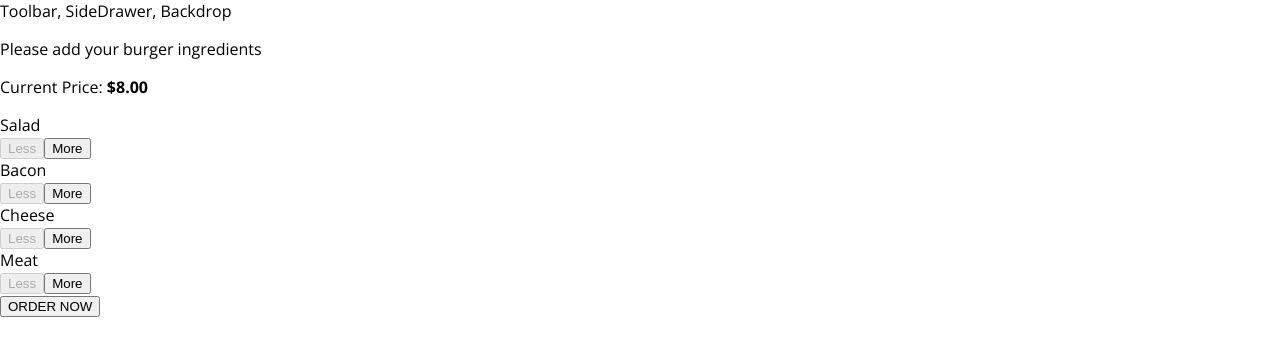
Repository: legil/burger-app
Page: /
An editor plug-in stored every save of this project. The page is shown before and after the next save, followed by the edit.
The browser window is 1280 px wide. The pictures show the whole page.
The project was rebuilt for these pictures with package versions that can differ from the ones it lists, and the page was loaded fresh each time. Also part of the build but not shown: src/components/Layout/Layout.css, src/components/Burger/Burger.css, src/components/Burger/BurgerIngredient/BurgerIngredient.css, src/components/Burger/BuildControls/BuildControls.css, src/components/Burger/BuildControl/BuildControl.css.

Above is the page before, as saved 2019-04-19 15:35:01.

After the next save:
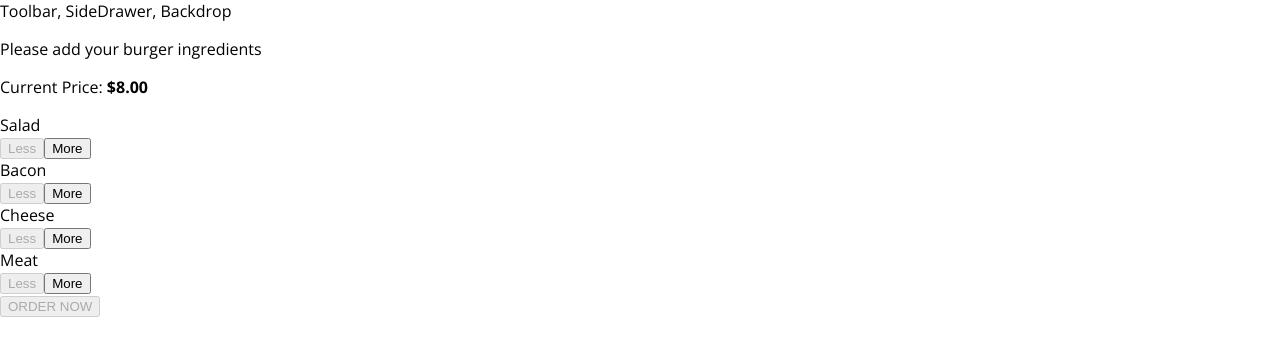
Saved 23 s later.
--- a/src/components/Burger/BuildControls/BuildControls.js
+++ b/src/components/Burger/BuildControls/BuildControls.js
@@ -21,7 +21,7 @@ const buildControls = (props) => (
                           removed={() => props.ingredientRemoved(ctrl.type)}
                           disabled={props.disabled[ctrl.type]} />
         ))}
-        <button className={classes.OrderButton} disabled={props.purchasable}>ORDER NOW</button>
+        <button className={classes.OrderButton} disabled={!props.purchasable}>ORDER NOW</button>
     </div>
 );
 
